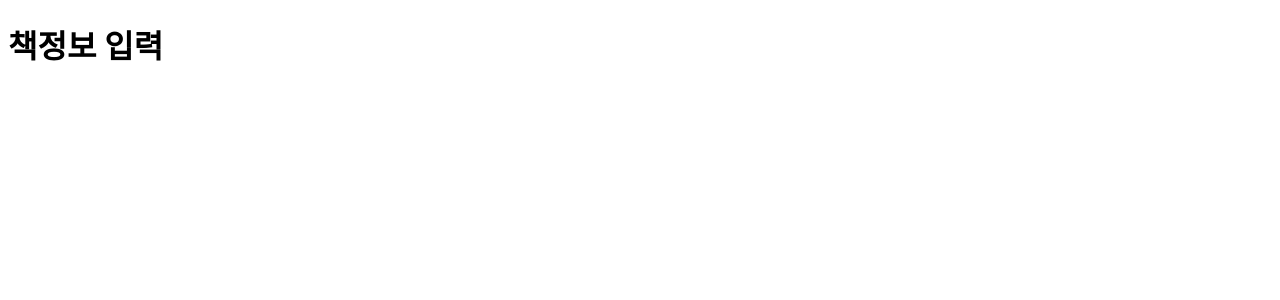
Repository: fhwang2/WEB
Page: 190710_JSP_withDB/WebContent/inputForm.html
The author's editor kept a copy of each file at every save. The page is drawn from the files as they stood at one save, then again after the next save.
The browser window is 1280 px wide. The pictures show the whole page.

Above is the page before, as saved 2019-07-10 01:16:01.

### 190710_JSP_withDB/WebContent/inputForm.html
<!DOCTYPE html>
<html>
<head>
<meta charset="UTF-8">
<title>Insert title here</title>
</head>
<body>
	<h1>책정보 입력</h1>
</body>
</html>

After the next save:
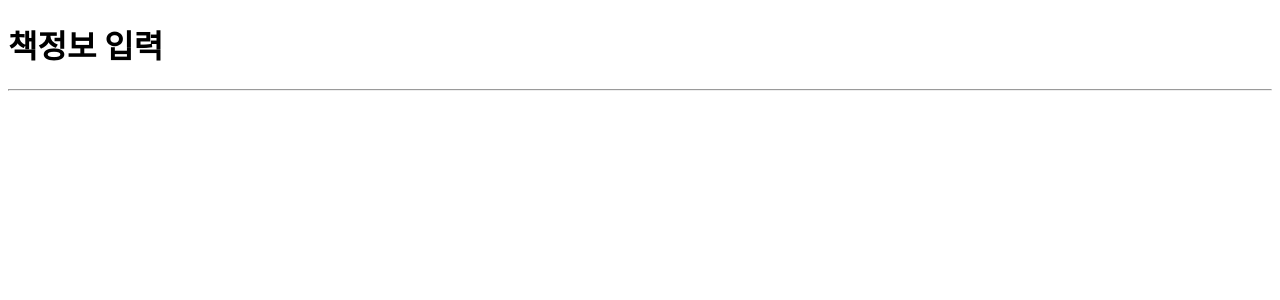
Saved 8 s later.
--- a/190710_JSP_withDB/WebContent/inputForm.html
+++ b/190710_JSP_withDB/WebContent/inputForm.html
@@ -6,5 +6,8 @@
 </head>
 <body>
 	<h1>책정보 입력</h1>
+	<hr>
+	<form>
+	</form>
 </body>
 </html>
